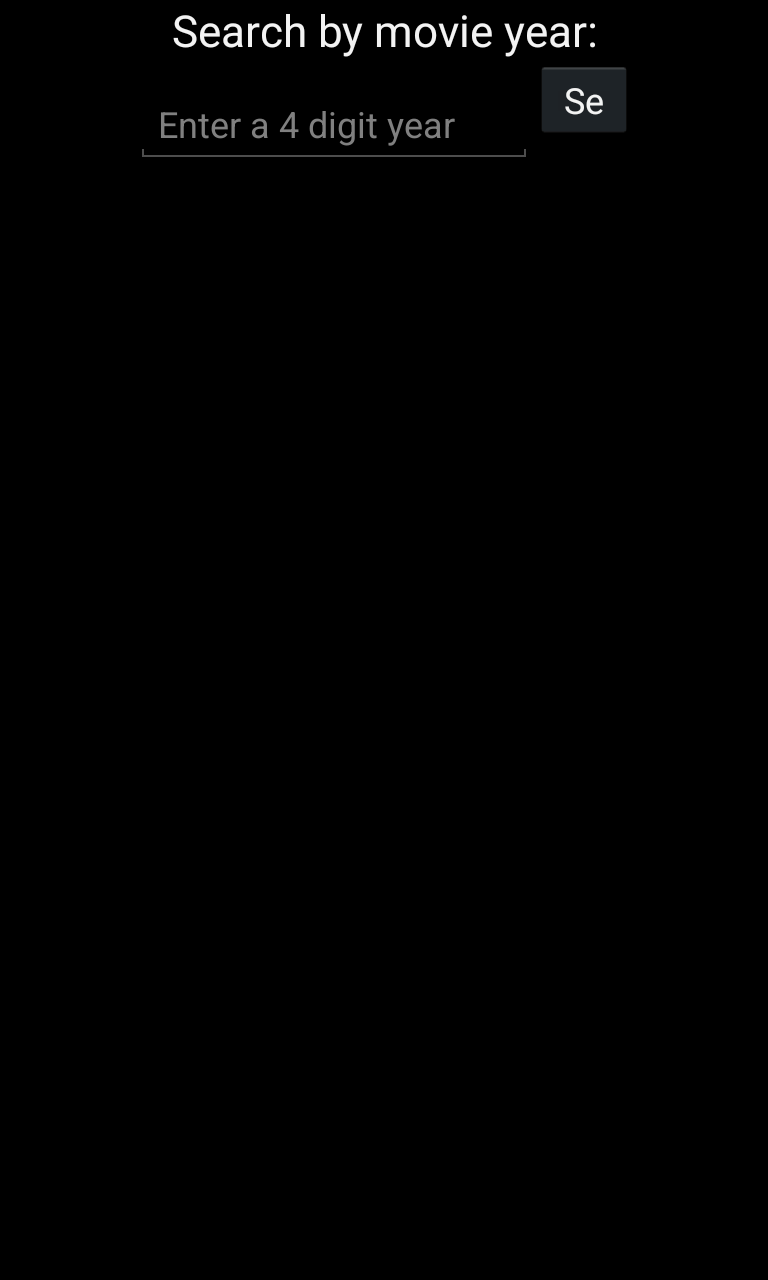
Repository: laurenelder/Java2_Elder
Layout: MovieLookup/res/layout/search_dialog.xml
These files come from the project's save history. The layout is drawn as it stood at one moment and after the next save; the edit follows.
It is drawn on a 768 x 1280 px phone screen (xhdpi) without system bars, with theme android:Theme.Holo; the app's code is not run. Lists and similar views that code fills are empty.

Above is the layout before, as saved 2014-08-01 01:04:47.

### MovieLookup/res/layout/search_dialog.xml
<?xml version="1.0" encoding="utf-8"?>
<LinearLayout xmlns:android="http://schemas.android.com/apk/res/android"
    android:layout_width="match_parent"
    android:layout_height="match_parent"
    android:orientation="vertical" >

    <TextView
        android:id="@+id/searchText"
        android:layout_width="250dp"
        android:layout_height="wrap_content"
        android:layout_gravity="center"
        android:gravity="center"
        android:textAppearance="?android:attr/textAppearanceLarge"
        android:text="@string/search_dialog_text" />

    <LinearLayout
        android:layout_height="50dp"
        android:layout_width="250dp"
        android:orientation="horizontal"
        android:layout_gravity="center">

        <EditText
     	    android:id="@+id/searchDialogField"
     	    android:layout_width="200dp"
     	    android:layout_height="40dp"
      	    android:layout_marginTop="15dp"
      		android:layout_marginBottom="7dp"
            android:layout_gravity="center"
            android:hint="@string/search_dialog_hint"/>

        <Button
            android:layout_width="50dp"
            android:layout_height="40dp"
            android:gravity="center"
            android:text="@string/search_button_text"/>

    </LinearLayout>



    <ListView
	    android:id="@+id/searchList"
	    android:layout_width="wrap_content"
	    android:layout_height="wrap_content"
	    android:layout_gravity="center"/>

</LinearLayout>

### MovieLookup/res/values/strings.xml
<?xml version="1.0" encoding="utf-8"?>

<!-- MovieLookup -->
<!-- com.laurenelder.movielookup -->
<!-- Devin "Lauren" Elder -->
<!-- Jul 17, 2014 -->
<!-- Java 2 Term 1407 -->

<resources>

    <string name="app_name">Movie Lookup</string>
    <string name="hello_world">Hello world!</string>
    <string name="action_settings">Settings</string>
    <string name="action_favorites">Favorites</string>
    <string name="action_search">Search</string>
    <string name="title_text">Search to find all the information on your favorite movies!</string>
    <string name="button_text">Find!</string>
    <string name="search_button_text">Search!</string>
    <string name="search_hint">Star Trek</string>
    <string name="favorites_dialog_text">My Favorites:</string>
    <string name="search_dialog_text">Search by movie year:</string>
    <string name="search_dialog_hint">Enter a 4 digit year</string>
    <string name="settings_dialog_text">Select one of the following backgrounds to change your background:</string>
    <string name="main_api">http://www.omdbapi.com/?s=Star%20Trek_r=JSON</string>
    <string name="pre_detail_api">http://www.omdbapi.com/?i=</string>
    <string name="post_detail_api">_r=JSON</string>
    <string name="input_notification">Please enter a movie you would like to search for.</string>
    <string name="connection_notification">Connection Error: Please check to make sure you have an internet connection.</string>
    <string name="searching_notification">We are searching for your movie</string>
    <string name="details_notification">We are finding the details for your movie</string>
    <string name="file_name">apiJSONdata.txt</string>
    <string name="detail_file_name">.txt</string>
    <string name="n_a">Not Applicable</string>
    <string name="year_str">Year:</string>
    <string name="rated_str">Rated:</string>
    <string name="released_str">Date Released:</string>
    <string name="runtime_str">Runtime:</string>
    <string name="genre_str">Genre:</string>
    <string name="director_str">Director:</string>
    <string name="actor_str">Actors:</string>
    <string name="awards_str">Awards:</string>
    <string name="score_str">Metacritic Score:</string>
    <string name="image_hint">(Click Image for Larger Image)</string>
    <string name="image_desciption">Movie Poster</string>
    <string name="alert_title">Favorite Notification</string>
    <string name="alert_favMovie"> is now a favorite</string>
    <string name="alert_notFavMovie"> is not a favorite</string>
    <string name="alert_favRating">Rating Bar returned:</string>

</resources>

After the next save:
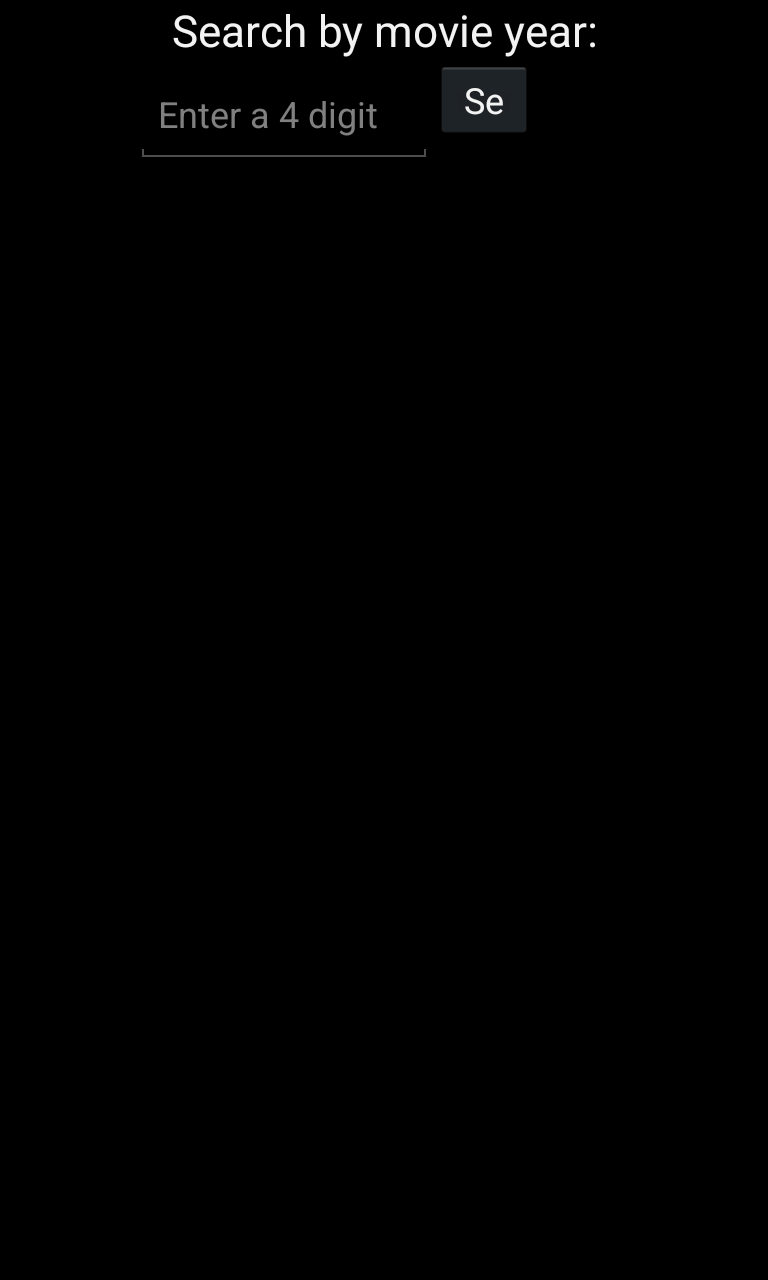
Saved 64 s later.
--- a/MovieLookup/res/layout/search_dialog.xml
+++ b/MovieLookup/res/layout/search_dialog.xml
@@ -21,7 +21,7 @@
 
         <EditText
      	    android:id="@+id/searchDialogField"
-     	    android:layout_width="200dp"
+     	    android:layout_width="150dp"
      	    android:layout_height="40dp"
       	    android:layout_marginTop="15dp"
       		android:layout_marginBottom="7dp"
